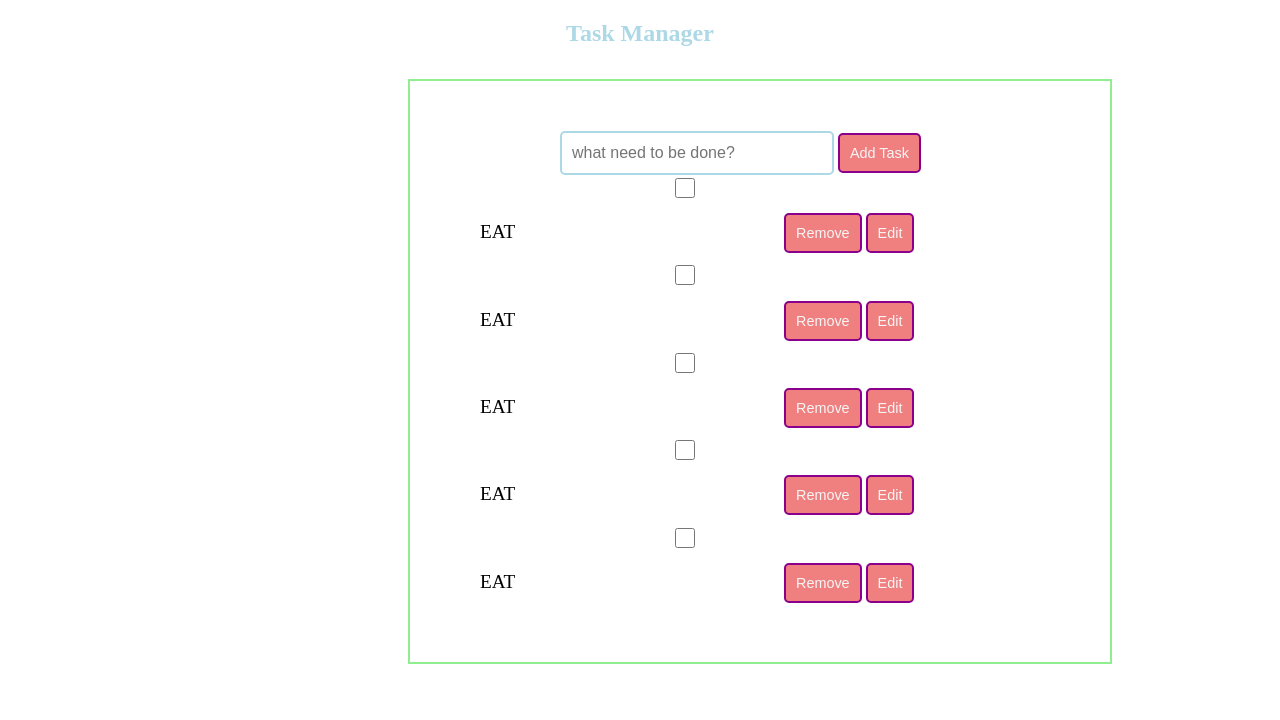
Repository: sristigupta04/basic-js-project
Page: todo app/title.html
The author's editor kept a copy of each file at every save. The page is drawn from the files as they stood at one save, then again after the next save.
The browser window is 1280 px wide. The pictures show the whole page.

Above is the page before, as saved 2025-10-28 19:08:02.

After the next save:
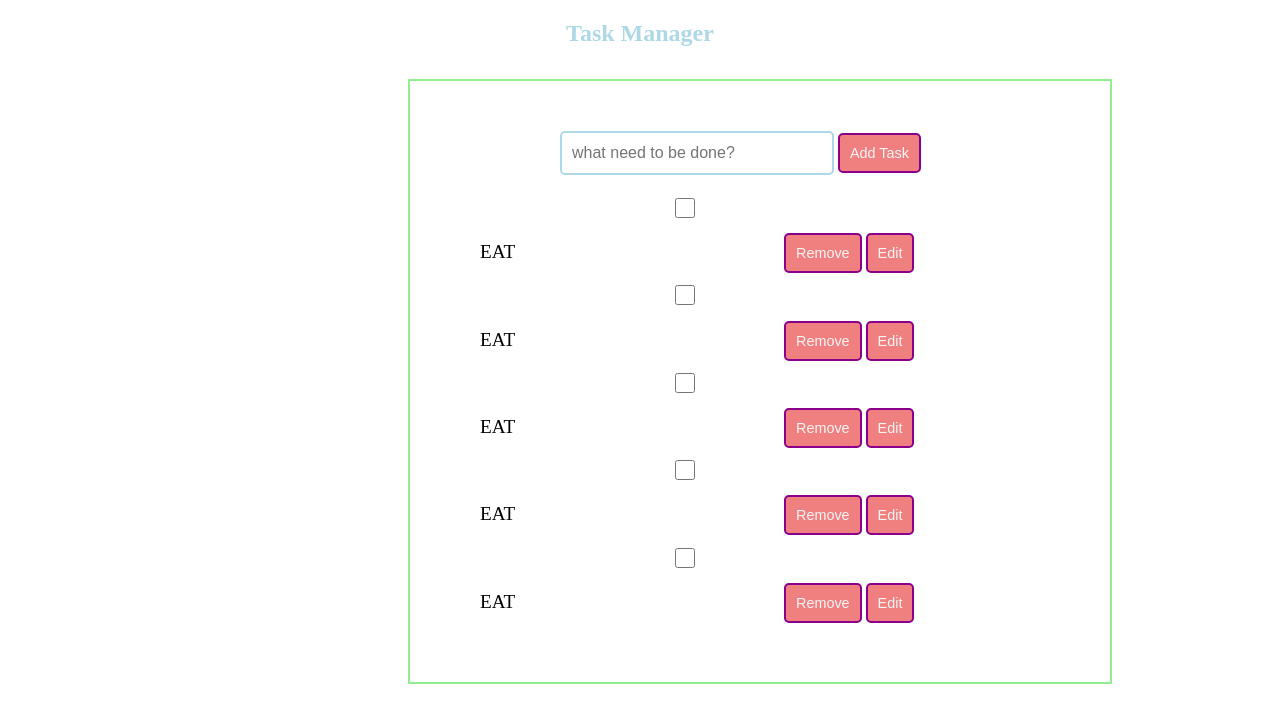
Saved 4 s later.
--- a/todo app/title.css
+++ b/todo app/title.css
@@ -40,7 +40,10 @@ background-color: lightcoral;
 color:whitesmoke;
 }
 
-
+.row{
+    margin-top: 20px;
+    text-align: left;
+}
 
 .row p{
     display: inline-block;
